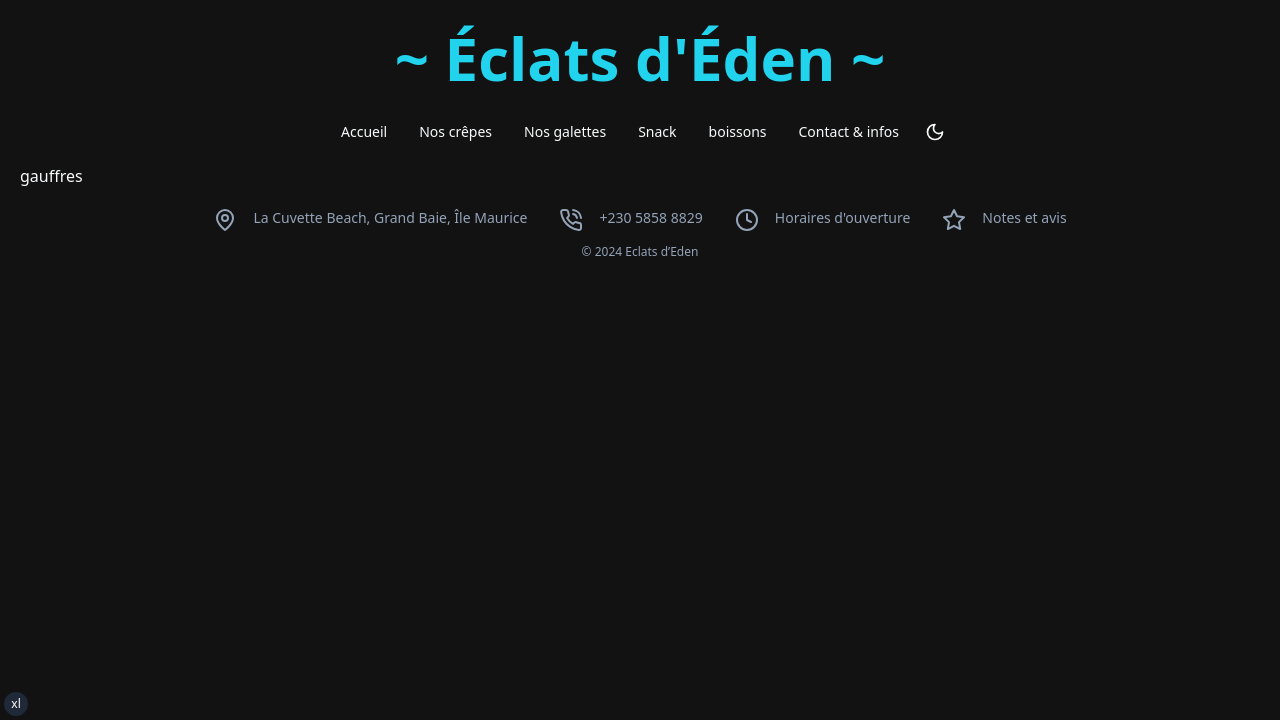
Repository: jeffMauritius/eclats-deden
Page: /gauffres
These files come from the project's save history. The page is drawn as it stood at one moment and after the next save; the edit follows.
The browser window is 1280 px wide. The pictures show the whole page.
The project was rebuilt for these pictures with package versions that can differ from the ones it lists, and the page was loaded fresh each time. The framework's server and built-in components were replaced by stand-ins that run in the browser. Also part of the build but not shown: next.config.mjs.

Above is the page before, as saved 2024-08-30 11:21:44.

### app/layout.tsx
// app/layout.
import { Header } from "@/components/layout/Header"
import { TailwindIndicator } from "@/components/TailwindIndicator"
import { SiteConfig } from "@/lib/config"
import localFont from "next/font/local"
import { cn } from "@/lib/utils"
import type { Metadata } from "next"
import { Inter, Marck_Script } from "next/font/google"
import { PropsWithChildren } from "react"
import { Providers } from "./Providers"
import "./globals.css"
import { Title } from "@/components/layout/Title"
import { Footer } from "@/components/layout/Footer"

const fontSans = Inter({ subsets: ["latin"], variable: "--font-sans" })
const MarkScript = Marck_Script({
  subsets: ["latin"],
  variable: "--font-display",
  weight: "400",
})

const playwrite = localFont({
  src: "../public/fonts/PlaywriteCU-VariableFont_wght.ttf",
  variable: "--font-display",
  weight: "400",
})

export const metadata: Metadata = {
  title: SiteConfig.title,
  description: SiteConfig.description,
}

export default function RootLayout({ children }: PropsWithChildren) {
  return (
    <html lang="en" className="h-full" suppressHydrationWarning>
      <head />

      <body
        className={cn(
          `flex flex-col h-screen bg-background font-sans antialiased p-5`,
          fontSans.variable,
          playwrite.variable,
        )}
      >
        <Providers>
          <div className="relative flex flex-col">
            <Title title="Éclats d'Éden" />
            <div>
              <Header />
            </div>
            {children}
            <div className="mt-5 md:col-span-3">
              <Footer />
            </div>
          </div>
          <TailwindIndicator />
        </Providers>
      </body>
    </html>
  )
}

### app/gauffres/layout.tsx
export default function GauffresLayout({
  children,
}: {
  children: React.ReactNode
}) {
  return <div className="text-red ">{children}</div>
}

### app/gauffres/page.tsx
import { Button } from "@/components/ui/button"

export default function Gauffres() {
  return <div>gauffres</div>
}

### src/components/layout/Header.tsx
"use client"

import { ThemeToggle } from "../ThemeToggle"
import NavigationMenuComponent from "./NavigationMenu"

export function Header() {
  return (
    <header className=" z-30 w-full">
      <div className=" container flex  flex-col  items-center space-x-4 pt-3 sm:justify-between sm:space-x-0">
        <div className="flex flex-auto justify-center py-3">
          <NavigationMenuComponent />
          <ThemeToggle />
        </div>
      </div>
    </header>
  )
}

### src/lib/config.ts
export const SiteConfig = {
  title: "Camille snack",
  description: "La Cuvette Beach, Grand Baie, Île Maurice",
} as const

### app/Providers.tsx
"use client"

import { SessionProvider } from "next-auth/react"
import { ThemeProvider } from "next-themes"
import { PropsWithChildren } from "react"
import { Toaster } from "react-hot-toast"

export const Providers = ({ children }: PropsWithChildren) => {
  return (
    <>
      <ThemeProvider attribute="class" defaultTheme="dark" enableSystem>
        <Toaster />
        <SessionProvider>{children}</SessionProvider>
      </ThemeProvider>
    </>
  )
}

### app/globals.css
@tailwind base;
  @tailwind components;
  @tailwind utilities;

  @layer base {
    :root {
      --background: 0 0% 100%;
      --foreground: 222.2 84% 4.9%;

      --card: 0 0% 100%;
      --card-foreground: 222.2 84% 4.9%;

      --popover: 0 0% 100%;
      --popover-foreground: 222.2 84% 4.9%;

      --primary: 222.2 47.4% 11.2%;
      --primary-foreground: 210 40% 98%;

      --secondary: 210 40% 96.1%;
      --secondary-foreground: 222.2 47.4% 11.2%;

      --muted: 210 40% 96.1%;
      --muted-foreground: 215.4 16.3% 46.9%;

      --accent: 210 40% 96.1%;
      --accent-foreground: 222.2 47.4% 11.2%;

      --destructive: 0 84.2% 60.2%;
      --destructive-foreground: 210 40% 98%;

      --border: 214.3 31.8% 91.4%;
      --input: 214.3 31.8% 91.4%;
      --ring: 222.2 84% 4.9%;

      --radius: 0.5rem;
    }

    .dark {
      --background: rgb(10, 11, 10);
      --foreground: 210 40% 98%;

      --card: rgb(10, 11, 10);
      --card-foreground: 210 40% 98%;

      --popover: 222.2 84% 4.9%;
      --popover-foreground: 210 40% 98%;

      --primary: 210 40% 98%;
      --primary-foreground: 222.2 47.4% 11.2%;

      --secondary: 217.2 32.6% 17.5%;
      --secondary-foreground: 210 40% 98%;

      --muted: 217.2 32.6% 17.5%;
      --muted-foreground: 215 20.2% 65.1%;

      --accent: 217.2 32.6% 17.5%;
      --accent-foreground: 210 40% 98%;

      --destructive: 0 62.8% 30.6%;
      --destructive-foreground: 210 40% 98%;

      --border: 217.2 32.6% 17.5%;
      --input: 217.2 32.6% 17.5%;
      --ring: 212.7 26.8% 83.9%;
    }
  }

  @layer base {
    * {
      @apply border-border;
    }

    body {
      @apply bg-background text-foreground;
    }
  }

### src/components/layout/Title.tsx
interface TitleProps {
  title: string
}

export function Title({ title }: TitleProps) {
  return (
    <div className="flex flex-auto justify-center ">
      <h1
        className={`pt-2 font-playwrite text-4xl font-bold text-cyan-400 md:text-6xl`}
      >
        {" "}
        {`~ ${title} ~`}
      </h1>
    </div>
  )
}

### src/components/layout/Footer.tsx
import Link from "next/link"
import { Typography } from "../ui/typography"
import { MapPin } from "lucide-react"
import { PhoneCall } from "lucide-react"
import { Clock } from "lucide-react"
import { Star } from "lucide-react"

export const Footer = () => {
  return (
    <footer className="w-6/8 z-40 border-card bg-background">
      <div className="m-auto w-full max-w-4xl px-2 ">
        <div className="flex w-full items-center justify-center">
          <div className="flex gap-8 text-sm text-muted-foreground">
            <Link className="flex hover:underline md:gap-4" href="/location">
              <MapPin />
              <p className="hidden md:block">
                La Cuvette Beach, Grand Baie, Île Maurice
              </p>
            </Link>
            <Link className="flex hover:underline md:gap-4" href="/legal/cgv">
              <PhoneCall />
              <p className="hidden md:block">+230 5858 8829</p>
            </Link>
            <Link className="flex hover:underline md:gap-4" href="/schedule">
              <Clock />
              <p className="hidden md:block">{`Horaires d'ouverture`}</p>
            </Link>
            <Link className="flex hover:underline md:gap-4" href="/reviews">
              <Star />
              <p className="hidden md:block">Notes et avis</p>
            </Link>
          </div>
        </div>
        <div className="flex w-full items-center justify-center py-3">
          <Typography variant="base" className="text-xs text-muted-foreground">
            &copy; {new Date().getFullYear()} Eclats d&rsquo;Eden
          </Typography>
        </div>
      </div>
    </footer>
  )
}

### src/components/ThemeToggle.tsx
"use client"

import { Button } from "@/components/ui/button"
import { Moon, Sun } from "lucide-react"
import { useTheme } from "next-themes"

export function ThemeToggle() {
  const { setTheme, theme } = useTheme()

  return (
    <Button
      variant="ghost"
      size="icon"
      onClick={() => setTheme(theme === "light" ? "dark" : "light")}
    >
      <Sun className="h-6 w-[1.3rem] dark:hidden" />
      <Moon className="hidden size-5 dark:block" />
      <span className="sr-only">Toggle theme</span>
    </Button>
  )
}

### src/components/layout/NavigationMenu.tsx
"use client"

import {
  NavigationMenu,
  NavigationMenuLink,
  navigationMenuTriggerStyle,
} from "@/components/ui/navigation-menu"
import { navigationData } from "./navigationData"
import { useClientMediaQuery } from "@/lib/isMobileDevice"

const NavigationMenuComponent = () => {
  const isMobile = useClientMediaQuery("(max-width: 600px)")
  return (
    <NavigationMenu>
      {!isMobile &&
        navigationData.map((item, index) => (
          <NavigationMenuLink
            className={navigationMenuTriggerStyle()}
            key={index}
            href={item.link}
          >
            {item.title}
          </NavigationMenuLink>
        ))}
    </NavigationMenu>
  )
}

export default NavigationMenuComponent

### src/components/ui/typography.tsx
// src/components/ui/Typography.
import { VariantProps, cva } from "class-variance-authority"
import type {
  ComponentPropsWithoutRef,
  ElementType,
  PropsWithChildren,
} from "react"
import { cn } from "../../lib/utils"

type PolymorphicAsProp<E extends ElementType> = {
  as?:
    | E
    | React.ComponentType<Omit<ComponentPropsWithoutRef<E>, "as">>
    | React.FunctionComponent<Omit<ComponentPropsWithoutRef<E>, "as">>
}

type PolymorphicProps<E extends ElementType> = PropsWithChildren<
  Omit<ComponentPropsWithoutRef<E>, "as"> & PolymorphicAsProp<E>
>

const typographyVariants = cva("", {
  variants: {
    variant: {
      h1: "font-caption scroll-m-20 text-4xl font-extrabold tracking-tight lg:text-5xl",
      h2: "font-caption scroll-m-20 border-b pb-2 text-3xl font-semibold tracking-tight transition-colors first:mt-0",
      h3: "font-caption scroll-m-20 text-xl font-semibold tracking-tight",
      p: "leading-7 [&:not(:first-child)]:mt-6",
      base: "",
      quote: "mt-6 border-l-2 pl-6 italic",
      code: "relative rounded bg-muted px-[0.3rem] py-[0.2rem] font-mono text-sm font-semibold",
      lead: "text-xl text-muted-foreground",
      large: "text-lg font-semibold",
      small: "text-sm font-medium leading-none",
      muted: "text-sm text-muted-foreground",
      link: "font-medium text-indigo-500 hover:underline",
    },
  },
  defaultVariants: {
    variant: "base",
  },
})
type TypographyCvaProps = VariantProps<typeof typographyVariants>

const defaultElement = "p"

const defaultElementMapping: Record<
  NonNullable<TypographyCvaProps["variant"]>,
  ElementType
> = {
  h1: "h1",
  h2: "h2",
  h3: "h3",
  p: "p",
  quote: "blockquote" as "p",
  code: "code",
  lead: "p",
  large: "p",
  small: "p",
  muted: "p",
  link: "a",
  base: "p",
} as const

const getDefaultElement = (variant: TypographyCvaProps["variant"]) => {}

export function Typography<E extends ElementType = typeof defaultElement>({
  as,
  children,
  className,
  variant,
  ...restProps
}: PolymorphicProps<E> & TypographyCvaProps) {
  const Component: ElementType =
    as ?? defaultElementMapping[variant ?? "base"] ?? defaultElement

  return (
    <Component
      {...(restProps as ComponentPropsWithoutRef<E>)}
      className={cn(typographyVariants({ variant }), className)}
    >
      {children}
    </Component>
  )
}

### src/components/ui/button.tsx
import * as React from "react"
import { Slot } from "@radix-ui/react-slot"
import { cva, type VariantProps } from "class-variance-authority"

import { cn } from "@/lib/utils"

const buttonVariants = cva(
  "inline-flex items-center justify-center whitespace-nowrap rounded-md text-sm font-medium ring-offset-background transition-colors focus-visible:outline-none focus-visible:ring-2 focus-visible:ring-ring focus-visible:ring-offset-2 disabled:pointer-events-none disabled:opacity-50",
  {
    variants: {
      variant: {
        default: "bg-primary text-primary-foreground hover:bg-primary/90",
        destructive:
          "bg-destructive text-destructive-foreground hover:bg-destructive/90",
        outline:
          "border border-input bg-background hover:bg-accent hover:text-accent-foreground",
        secondary:
          "bg-secondary text-secondary-foreground hover:bg-secondary/80",
        ghost: "hover:bg-accent hover:text-accent-foreground",
        link: "text-primary underline-offset-4 hover:underline",
      },
      size: {
        default: "h-10 px-4 py-2",
        sm: "h-9 rounded-md px-3",
        lg: "h-11 rounded-md px-8",
        icon: "size-10",
      },
    },
    defaultVariants: {
      variant: "default",
      size: "default",
    },
  },
)

export interface ButtonProps
  extends React.ButtonHTMLAttributes<HTMLButtonElement>,
    VariantProps<typeof buttonVariants> {
  asChild?: boolean
}

const Button = React.forwardRef<HTMLButtonElement, ButtonProps>(
  ({ className, variant, size, asChild = false, ...props }, ref) => {
    const Comp = asChild ? Slot : "button"
    return (
      <Comp
        className={cn(buttonVariants({ variant, size, className }))}
        ref={ref}
        {...props}
      />
    )
  },
)
Button.displayName = "Button"

export { Button, buttonVariants }

### src/components/ui/navigation-menu.tsx
import * as React from "react"
import * as NavigationMenuPrimitive from "@radix-ui/react-navigation-menu"
import { cva } from "class-variance-authority"
import { ChevronDown } from "lucide-react"

import { cn } from "@/lib/utils"

const NavigationMenu = React.forwardRef<
  React.ElementRef<typeof NavigationMenuPrimitive.Root>,
  React.ComponentPropsWithoutRef<typeof NavigationMenuPrimitive.Root>
>(({ className, children, ...props }, ref) => (
  <NavigationMenuPrimitive.Root
    ref={ref}
    className={cn(
      "relative z-10 flex max-w-max flex-1 items-center justify-center",
      className,
    )}
    {...props}
  >
    {children}
    <NavigationMenuViewport />
  </NavigationMenuPrimitive.Root>
))
NavigationMenu.displayName = NavigationMenuPrimitive.Root.displayName

const NavigationMenuList = React.forwardRef<
  React.ElementRef<typeof NavigationMenuPrimitive.List>,
  React.ComponentPropsWithoutRef<typeof NavigationMenuPrimitive.List>
>(({ className, ...props }, ref) => (
  <NavigationMenuPrimitive.List
    ref={ref}
    className={cn(
      "group flex flex-1 list-none items-center justify-center space-x-1",
      className,
    )}
    {...props}
  />
))
NavigationMenuList.displayName = NavigationMenuPrimitive.List.displayName

const NavigationMenuItem = NavigationMenuPrimitive.Item

const navigationMenuTriggerStyle = cva(
  "group inline-flex h-10 w-max items-center justify-center rounded-md bg-background px-4 py-2 text-sm font-medium transition-colors hover:bg-accent hover:text-accent-foreground focus:bg-accent focus:text-accent-foreground focus:outline-none disabled:pointer-events-none disabled:opacity-50 data-[active]:bg-accent/50 data-[state=open]:bg-accent/50",
)

const NavigationMenuTrigger = React.forwardRef<
  React.ElementRef<typeof NavigationMenuPrimitive.Trigger>,
  React.ComponentPropsWithoutRef<typeof NavigationMenuPrimitive.Trigger>
>(({ className, children, ...props }, ref) => (
  <NavigationMenuPrimitive.Trigger
    ref={ref}
    className={cn(navigationMenuTriggerStyle(), "group", className)}
    {...props}
  >
    {children}{" "}
    <ChevronDown
      className="relative top-px ml-1 size-3 transition duration-200 group-data-[state=open]:rotate-180"
      aria-hidden="true"
    />
  </NavigationMenuPrimitive.Trigger>
))
NavigationMenuTrigger.displayName = NavigationMenuPrimitive.Trigger.displayName

const NavigationMenuContent = React.forwardRef<
  React.ElementRef<typeof NavigationMenuPrimitive.Content>,
  React.ComponentPropsWithoutRef<typeof NavigationMenuPrimitive.Content>
>(({ className, ...props }, ref) => (
  <NavigationMenuPrimitive.Content
    ref={ref}
    className={cn(
      "left-0 top-0 w-full data-[motion^=from-]:animate-in data-[motion^=to-]:animate-out data-[motion^=from-]:fade-in data-[motion^=to-]:fade-out data-[motion=from-end]:slide-in-from-right-52 data-[motion=from-start]:slide-in-from-left-52 data-[motion=to-end]:slide-out-to-right-52 data-[motion=to-start]:slide-out-to-left-52 md:absolute md:w-auto ",
      className,
    )}
    {...props}
  />
))
NavigationMenuContent.displayName = NavigationMenuPrimitive.Content.displayName

const NavigationMenuLink = NavigationMenuPrimitive.Link

const NavigationMenuViewport = React.forwardRef<
  React.ElementRef<typeof NavigationMenuPrimitive.Viewport>,
  React.ComponentPropsWithoutRef<typeof NavigationMenuPrimitive.Viewport>
>(({ className, ...props }, ref) => (
  <div className={cn("absolute left-0 top-full flex justify-center")}>
    <NavigationMenuPrimitive.Viewport
      className={cn(
        "origin-top-center relative mt-1.5 h-[var(--radix-navigation-menu-viewport-height)] w-full overflow-hidden rounded-md border bg-popover text-popover-foreground shadow-lg data-[state=open]:animate-in data-[state=closed]:animate-out data-[state=closed]:zoom-out-95 data-[state=open]:zoom-in-90 md:w-[var(--radix-navigation-menu-viewport-width)]",
        className,
      )}
      ref={ref}
      {...props}
    />
  </div>
))
NavigationMenuViewport.displayName =
  NavigationMenuPrimitive.Viewport.displayName

const NavigationMenuIndicator = React.forwardRef<
  React.ElementRef<typeof NavigationMenuPrimitive.Indicator>,
  React.ComponentPropsWithoutRef<typeof NavigationMenuPrimitive.Indicator>
>(({ className, ...props }, ref) => (
  <NavigationMenuPrimitive.Indicator
    ref={ref}
    className={cn(
      "top-full z-[1] flex h-1.5 items-end justify-center overflow-hidden data-[state=visible]:animate-in data-[state=hidden]:animate-out data-[state=hidden]:fade-out data-[state=visible]:fade-in",
      className,
    )}
    {...props}
  >
    <div className="relative top-[60%] size-2 rotate-45 rounded-tl-sm bg-border shadow-md" />
  </NavigationMenuPrimitive.Indicator>
))
NavigationMenuIndicator.displayName =
  NavigationMenuPrimitive.Indicator.displayName

export {
  navigationMenuTriggerStyle,
  NavigationMenu,
  NavigationMenuList,
  NavigationMenuItem,
  NavigationMenuContent,
  NavigationMenuTrigger,
  NavigationMenuLink,
  NavigationMenuIndicator,
  NavigationMenuViewport,
}

### src/components/layout/navigationData.ts
export const navigationData = [
    {
        title: "Accueil",
        link: "/",
    },
    {
        title: "Nos crêpes",
        link: "/crepes",
    },
    {
        title: "Nos galettes",
        link: "/galettes",
    },
    {
        title: "Snack",
        link: "/snack",
    },
    {
        title: "boissons",
        link: "/boissons",
    },
    {
        title: "Contact & infos",
        link: "/location",
    },

]

export const navigationDataMobile = [
    {
        title: "Accueil",
        link: "/",
    },
    {
        title: "Horaires",
        link: "/schedule",
    },
    {
        title: "infos",
        link: "/location",
    },

]

### src/lib/isMobileDevice.ts
'use client'

import { useEffect, useState } from 'react'

export function useClientMediaQuery(query: string) {
  const [matches, setMatches] = useState(false)

  useEffect(() => {
    const mediaQueryList = window.matchMedia(query)

    const handleMatchChange = (e: MediaQueryListEvent) => {
      setMatches(e.matches)
    }

    mediaQueryList.addEventListener('change', handleMatchChange)
    setMatches(mediaQueryList.matches)

    return () => {
      mediaQueryList.removeEventListener('change', handleMatchChange)
    }
  }, [query])

  return matches
}

### tailwind.config.ts
import type { Config } from "tailwindcss"

const config = {
  darkMode: ["class"],
  content: [
    "./pages/**/*.{ts,tsx}",
    "./components/**/*.{ts,tsx}",
    "./app/**/*.{ts,tsx}",
    "./src/**/*.{ts,tsx}",
  ],
  prefix: "",
  theme: {
    container: {
      center: true,
      padding: "2rem",
      screens: {
        "2xl": "1400px",
      },
    },
    fontFamily: {
      display: ['"Playwrite CU"', 'cursive'],
      body: ['"Open Sans"', 'sans-serif'],
      playwrite: ['var(--playwrite-font)', "Playwrite CU", "cursive"],
    },
    extend: {
      colors: {
        border: "hsl(var(--border))",
        input: "hsl(var(--input))",
        ring: "hsl(var(--ring))",
        background: "hsl(var(--background))",
        foreground: "hsl(var(--foreground))",
        primary: {
          DEFAULT: "hsl(var(--primary))",
          foreground: "hsl(var(--primary-foreground))",
        },
        secondary: {
          DEFAULT: "hsl(var(--secondary))",
          foreground: "hsl(var(--secondary-foreground))",
        },
        destructive: {
          DEFAULT: "hsl(var(--destructive))",
          foreground: "hsl(var(--destructive-foreground))",
        },
        muted: {
          DEFAULT: "hsl(var(--muted))",
          foreground: "hsl(var(--muted-foreground))",
        },
        accent: {
          DEFAULT: "hsl(var(--accent))",
          foreground: "hsl(var(--accent-foreground))",
        },
        popover: {
          DEFAULT: "hsl(var(--popover))",
          foreground: "hsl(var(--popover-foreground))",
        },
        card: {
          DEFAULT: "hsl(var(--card))",
          foreground: "hsl(var(--card-foreground))",
        },
      },
      borderRadius: {
        lg: "var(--radius)",
        md: "calc(var(--radius) - 2px)",
        sm: "calc(var(--radius) - 4px)",
      },
      keyframes: {
        "accordion-down": {
          from: { height: "0" },
          to: { height: "var(--radix-accordion-content-height)" },
        },
        "accordion-up": {
          from: { height: "var(--radix-accordion-content-height)" },
          to: { height: "0" },
        },
      },
      animation: {
        "accordion-down": "accordion-down 0.2s ease-out",
        "accordion-up": "accordion-up 0.2s ease-out",
      },
    },
  },
  plugins: [require("tailwindcss-animate")],
} satisfies Config

export default config

Loaded but not shown: src/components/TailwindIndicator.tsx (common file); src/lib/utils.ts (common file)

After the next save:
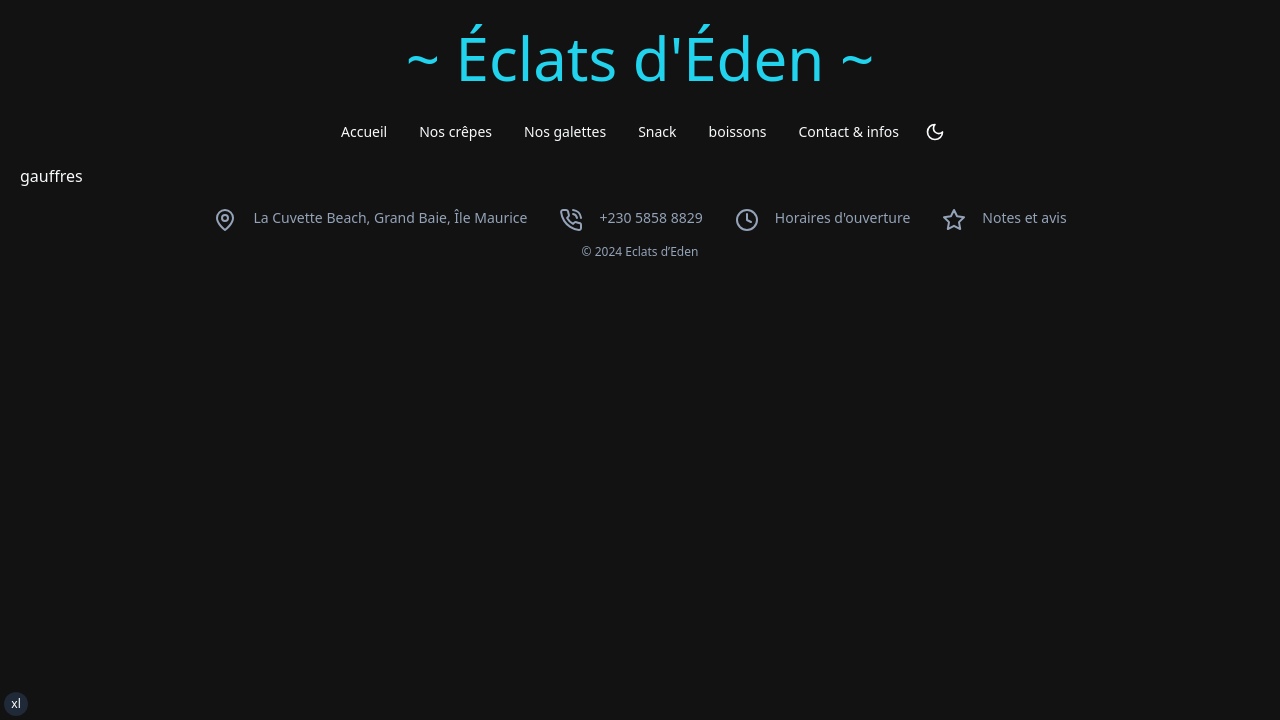
Saved 85 s later.
--- a/src/components/layout/Title.tsx
+++ b/src/components/layout/Title.tsx
@@ -5,9 +5,7 @@ interface TitleProps {
 export function Title({ title }: TitleProps) {
   return (
     <div className="flex flex-auto justify-center ">
-      <h1
-        className={`pt-2 font-playwrite text-4xl font-bold text-cyan-400 md:text-6xl`}
-      >
+      <h1 className={`pt-2 font-playwrite text-4xl  text-cyan-400 md:text-6xl`}>
         {" "}
         {`~ ${title} ~`}
       </h1>
